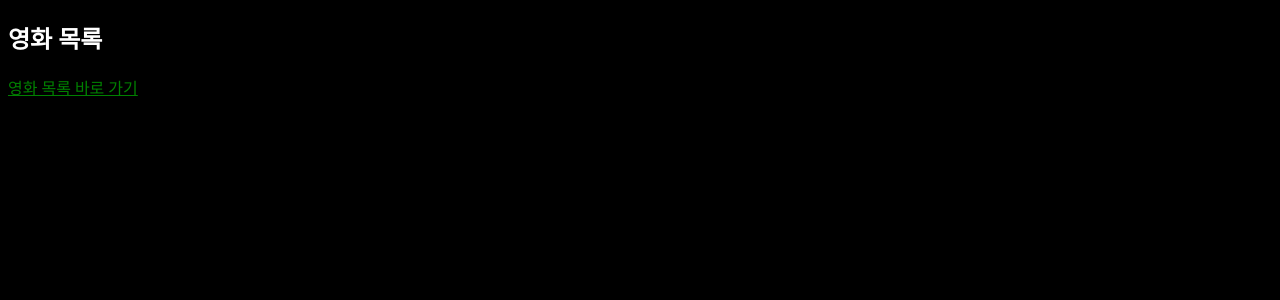
Repository: shinymusket/ideal-memory2
Page: http://localhost/homework10/
The author's editor kept a copy of each file at every save. The page is drawn from the files as they stood at one save, then again after the next save.
The browser window is 1280 px wide. The pictures show the whole page.
The pointer rests on the first visible `a`.
The page is served by Tomcat 9.

Above is the page before, as saved 2022-06-17 08:25:02.

After the next save:
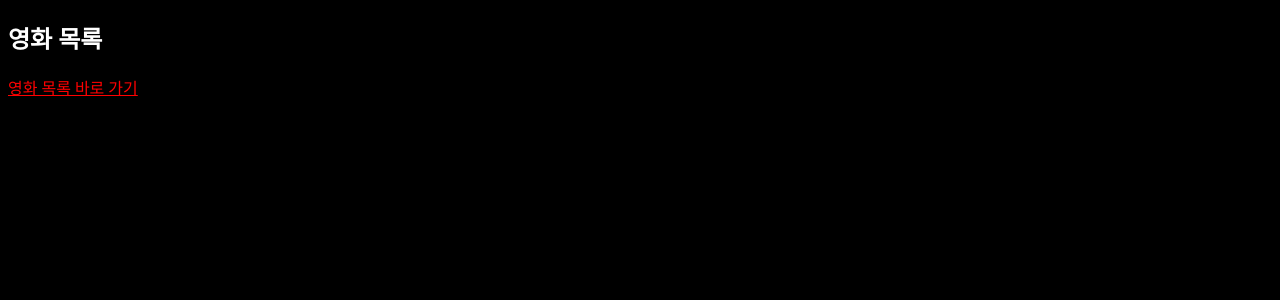
Saved 8 s later.
--- a/homework10/WebContent/style/movie.css
+++ b/homework10/WebContent/style/movie.css
@@ -39,5 +39,5 @@ a {
 }
 a:hover {
 	text-decoration: underLine;
-	color: green;
+	color: red;
 }
